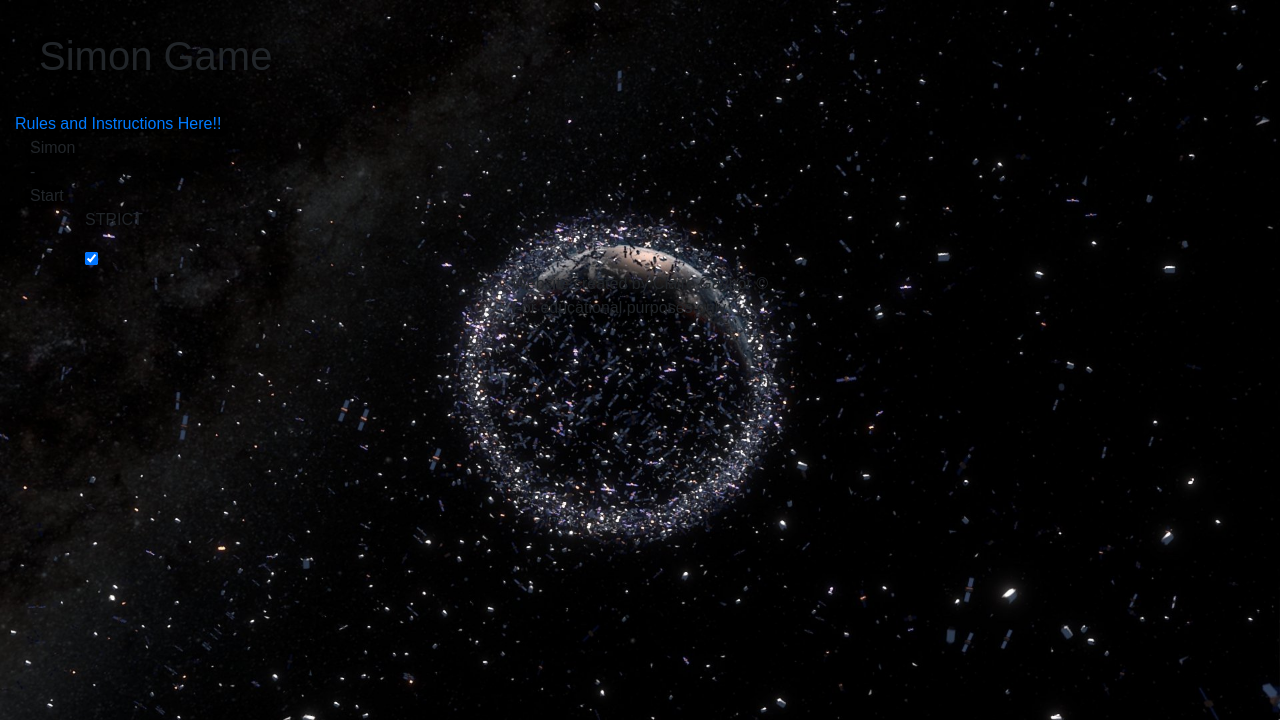
Repository: cgaynor91/Simon-Memory-Game
Page: index.html
The author's editor kept a record of every edit. The page is drawn from the files as they stood at one moment, then again after the next edit.
The browser window is 1280 px wide. The pictures show the whole page.
An inner scrolling area shows only its first screen. Some web fonts or font styles are not loaded; a fallback is used.

Above is the page before.

After the next edit:
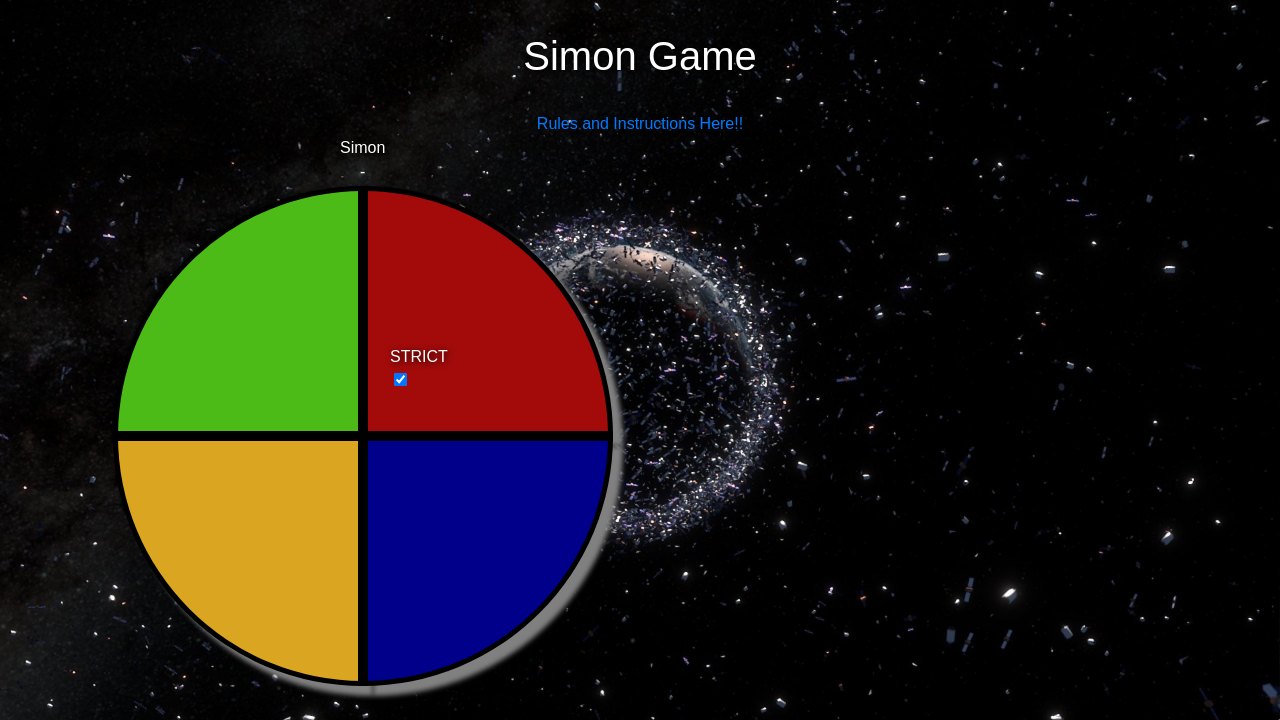
The edit:
--- a/assets/css/style.css
+++ b/assets/css/style.css
@@ -15,3 +15,130 @@ body {
   font-family: 'Fascinate inline', sans-serif;
   text-shadow: 1px 1px 6px #000000;
 }
+
+
+
+
+/* Containers */
+
+.header {
+  color: white;
+  text-align: center;
+}
+
+.outer-circle {
+  padding: 0;
+  margin: auto;
+  width: 100%;
+  height: 100vw;
+  max-width: 600px;
+  max-height: 600px;
+  border-radius: 50%;
+  background-color: transparent;
+  margin-bottom: 230px;
+  display: flex;
+}
+
+
+.strict {
+  position: absolute;
+  margin-top: 149px;
+  margin-left: 50px;
+  padding: 0px;
+  width: 29%;
+  line-height: 0;
+}
+
+
+.footer {
+  color: #fff;
+}
+
+/* Simon Board Pad Colours */
+
+.pad {
+  float: left;
+  position: relative;
+  width: 50%;
+  height: 50vw;
+  border: solid 12px #000;
+  max-width: 300px;
+  max-height: 300px;
+  -moz-box-sizing: border-box;
+  -webkit-box-sizing: border-box;
+  box-shadow: 1px 1px 12px #000000;
+
+}
+
+
+#greenpad {
+  position: absolute;
+  height: 250px;
+  width: 250px;
+  border-radius: 250px 0 0 0;
+  -moz-border-radius: 250px 0 0 0;
+  -webkit-border-radius: 250px 0 0 0;
+  background: #4CBB17;
+  top: 50%;
+  left: 50%;
+  margin: -250px 0px 0px -250px;
+  border-style: solid;
+  border-width: 5px;
+  box-sizing: border-box;
+  -moz-box-sizing: border-box;
+  -webkit-box-sizing: border-box;
+}
+
+#redpad {
+  position: absolute;
+  height: 250px;
+  width: 250px;
+  -moz-border-radius: 0 250px 0 0;
+  -webkit-border-radius: 0 250px 0 0;
+  background: #a30b0b;
+  top: 50%;
+  left: 50%;
+  margin: -250px 0px 0px 0px;
+  border-style: solid;
+  border-width: 5px;
+   box-shadow: 10px 10px 5px grey;
+  box-sizing: border-box;
+  -moz-box-sizing: border-box;
+  -webkit-box-sizing: border-box;
+}
+
+#yellowpad {
+  position: absolute;
+  height: 250px;
+  width: 250px;
+  -moz-border-radius: 0 0 0 250px;
+  -webkit-border-radius: 0 0 0 250px;
+  background: #daa520;
+  top: 50%;
+  left: 50%;
+  margin: 0px -250px 0px -250px;
+  border-style: solid;
+  border-width: 5px;
+  box-sizing: border-box;
+  box-shadow: 10px 10px 5px grey;
+  -moz-box-sizing: border-box;
+  -webkit-box-sizing: border-box;
+}
+
+#bluepad {
+  position: absolute;
+  height: 250px;
+  width: 250px;
+  -moz-border-radius: 0 0 250px 0;
+  -webkit-border-radius: 0 0 250px 0;
+  background: #00008b;
+  top: 50%;
+  left: 50%;
+  margin: 0px 0px -250px 0px;
+  border-style: solid;
+  border-width: 5px;
+  box-sizing: border-box;
+   box-shadow: 10px 10px 5px grey;
+  -moz-box-sizing: border-box;
+  -webkit-box-sizing: border-box;
+}
